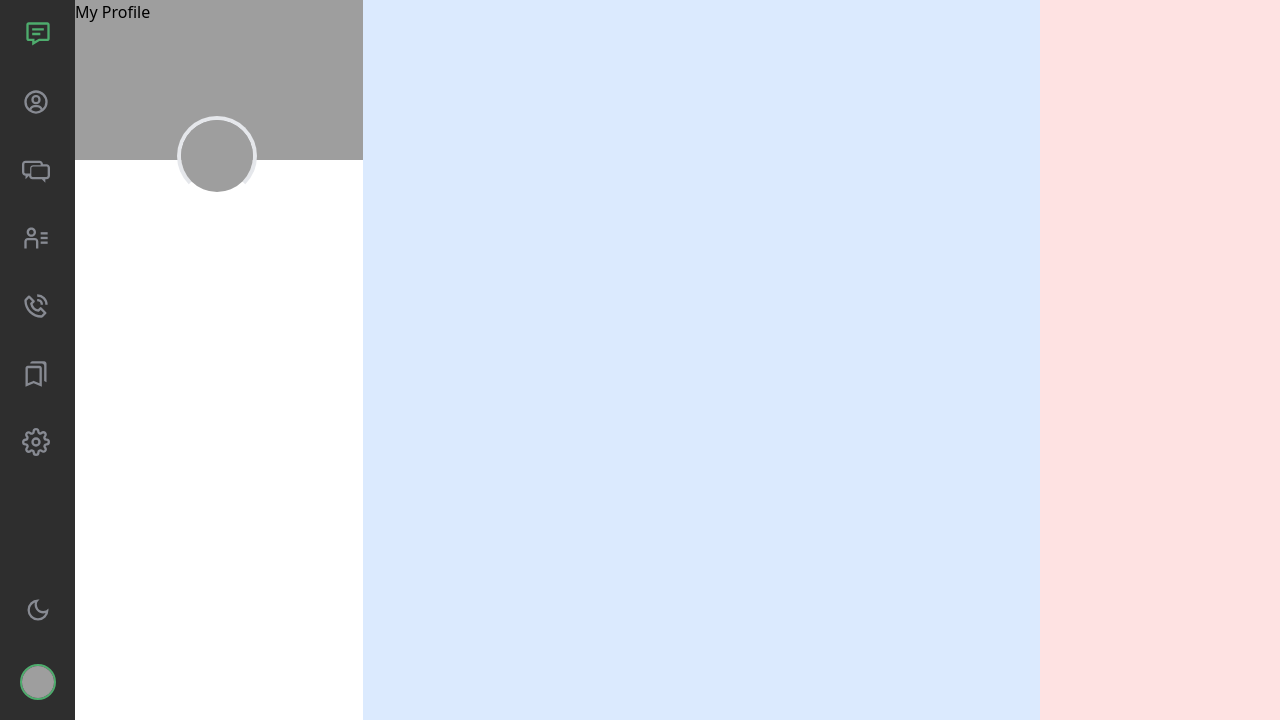
Repository: satya-ranjon/Chat-app
Page: /
An editor plug-in stored every save of this project. The page is shown before and after the next save, followed by the edit.
The browser window is 1280 px wide. The pictures show the whole page.
Pictures or frames that could not be fetched are drawn as grey boxes. The project was rebuilt for these pictures with package versions that can differ from the ones it lists, and the page was loaded fresh each time.

Above is the page before, as saved 2022-03-31 03:36:04.

### src/index.js
import * as ReactDOMClient from "react-dom/client";
import "./index.css";
import App from "./App";

const root = ReactDOMClient.createRoot(document.getElementById("root"));
root.render(<App />);

### src/App.jsx
import React from "react";
// import Chats from "./components/Chats/Chats";
import MyProfile from "./components/MyProfile/MyProfile";
import SideBarManu from "./components/SideBarManu";
import UserChat from "./components/UserChat";
import UserProfileSidebar from "./components/UserProfileSidebar";

export default function App() {
  return (
    <div className="flex">
      <SideBarManu />
      {/* <Chats /> */}
      <MyProfile />
      <UserChat />
      <UserProfileSidebar />
    </div>
  );
}

### src/components/MyProfile/MyProfile.jsx
import React from "react";
import UserImage from "../UserImage";
const Image =
  "https://img.freepik.com/free-photo/interior-wall-mockup-green-wall-wooden-cabinet-3d-rendering_41470-3959.jpg?w=996";

export default function MyProfile() {
  return (
    <div className="sm:w-72 h-screen w-40 ">
      <div className="relative">
        <img src={Image} alt={Image} className="w-full h-40" />
        <UserImage className="w-16 h-16 sm:w-20 sm:h-20 rounded-full absolute sm:-bottom-9  -bottom-7 sm:right-[6.6rem]  right-12  border-4 border-b-white" />
        <p className=" absolute top-0 left-0">My Profile</p>
      </div>
    </div>
  );
}

### src/components/SideBarManu.jsx
import React, { useState } from "react";
import { BiMessageDetail, BiUserCircle, BiPhoneCall } from "react-icons/bi";
import { TiMessages } from "react-icons/ti";
import { CgUserList } from "react-icons/cg";

import {
  MdOutlineBookmarks,
  MdOutlineDarkMode,
  MdOutlineLightMode,
} from "react-icons/md";
import { FiSettings } from "react-icons/fi";
import UserImage from "./UserImage";

export default function SideBarManu() {
  const [toggle, setToggle] = useState(true);
  return (
    <div className="w-[75px] h-screen bg-[#2e2e2e] flex flex-col justify-between">
      <div className="flex flex-col">
        <BiMessageDetail
          color="#4eac6d"
          className="text-center  m-5 cursor-pointer mx-auto "
          size={28}
        />
        <div
          className={` ${
            toggle ? `border-[#2e2e2e]` : `border-[#4eac6d]`
          } border-r-4 transition-all duration-200  `}
          onClick={() => setToggle((prev) => !prev)}
        >
          <BiUserCircle
            color={toggle ? `#878a92` : `#4eac6d`}
            className="text-center  m-5 cursor-pointer mx-auto   "
            size={28}
          />
        </div>
        <div className="border-r-4 border-[#2e2e2e] transition-all duration-200 ">
          <TiMessages
            color="#878a92"
            className="text-center  m-5 cursor-pointer mx-auto"
            size={28}
          />
        </div>
        <div className="border-r-4 border-[#2e2e2e] transition-all duration-200 ">
          <CgUserList
            color="#878a92"
            className="text-center  m-5 cursor-pointer mx-auto"
            size={28}
          />
        </div>
        <div className="border-r-4 border-[#2e2e2e] transition-all duration-200 ">
          <BiPhoneCall
            color="#878a92"
            className="text-center  m-5 cursor-pointer mx-auto"
            size={28}
          />
        </div>
        <div className="border-r-4 border-[#2e2e2e] transition-all duration-200 ">
          <MdOutlineBookmarks
            color="#878a92"
            className="text-center  m-5 cursor-pointer mx-auto"
            size={28}
          />
        </div>
        <div className="border-r-4 border-[#2e2e2e] transition-all duration-200 ">
          <FiSettings
            color="#878a92"
            className="text-center  m-5 cursor-pointer mx-auto"
            size={28}
          />
        </div>
      </div>
      <div className="flex flex-col">
        <MdOutlineDarkMode
          color="#878a92"
          className="text-center  m-5 cursor-pointer mx-auto"
          size={28}
        />
        {/* <MdOutlineLightMode
          color="#878a92"
          className="text-center  m-5 cursor-pointer mx-auto"
          size={28}
        /> */}
        <UserImage className="w-9 h-9 rounded-full mx-auto  m-5 border-2 border-[#4eac6d]" />
      </div>
    </div>
  );
}

### src/components/UserChat.jsx
import React from "react";

export default function UserChat() {
  return <div className="flex-grow h-screen bg-blue-100"></div>;
}

### src/components/UserProfileSidebar.jsx
import React from "react";

export default function UserProfileSidebar() {
  return <div className="w-60 h-screen bg-red-100"></div>;
}

### src/components/UserImage.jsx
import React from "react";

export default function UserImage({ className }) {
  return (
    <img
      className={className}
      src="https://media.istockphoto.com/photos/smiling-man-outdoors-in-the-city-picture-id1179420343"
      alt="profile pic"
    />
  );
}

Loaded but not shown: public/index.html (common file); src/index.css (common file); tailwind.config.js (common file)

After the next save:
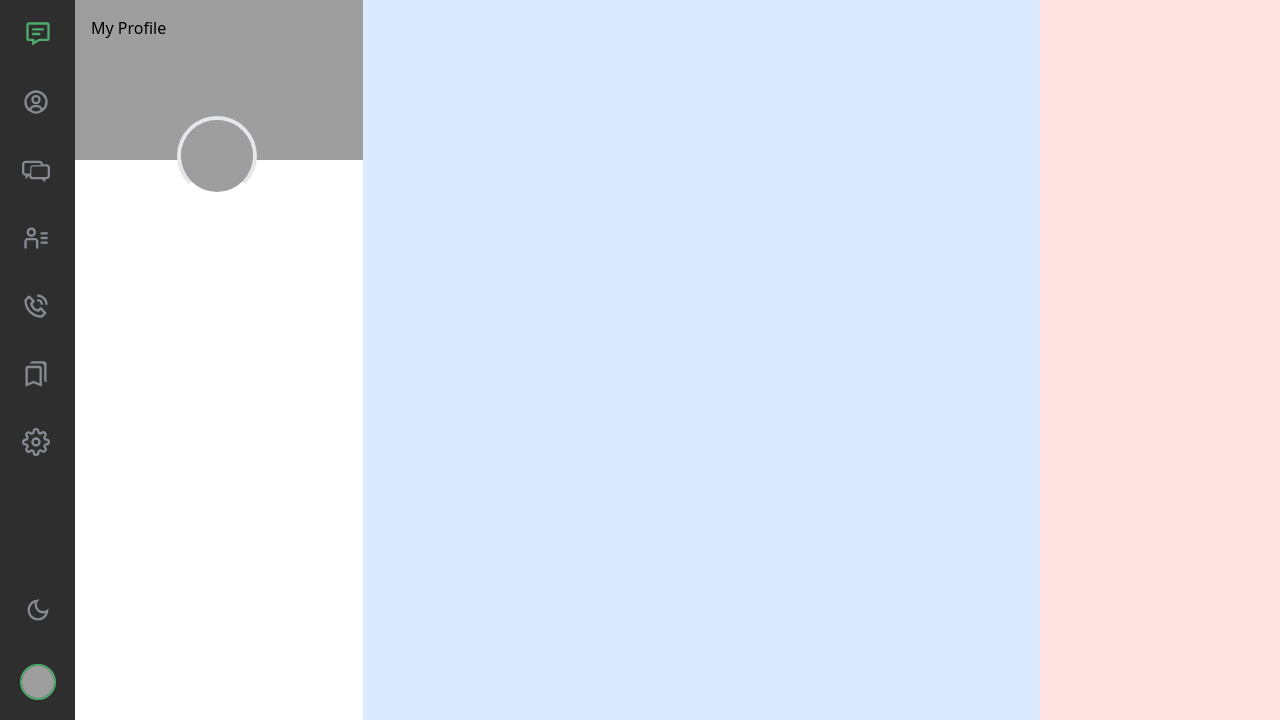
Saved 6 s later.
--- a/src/components/MyProfile/MyProfile.jsx
+++ b/src/components/MyProfile/MyProfile.jsx
@@ -9,7 +9,7 @@ export default function MyProfile() {
       <div className="relative">
         <img src={Image} alt={Image} className="w-full h-40" />
         <UserImage className="w-16 h-16 sm:w-20 sm:h-20 rounded-full absolute sm:-bottom-9  -bottom-7 sm:right-[6.6rem]  right-12  border-4 border-b-white" />
-        <p className=" absolute top-0 left-0">My Profile</p>
+        <p className=" absolute top-0 left-0 p-4">My Profile</p>
       </div>
     </div>
   );
